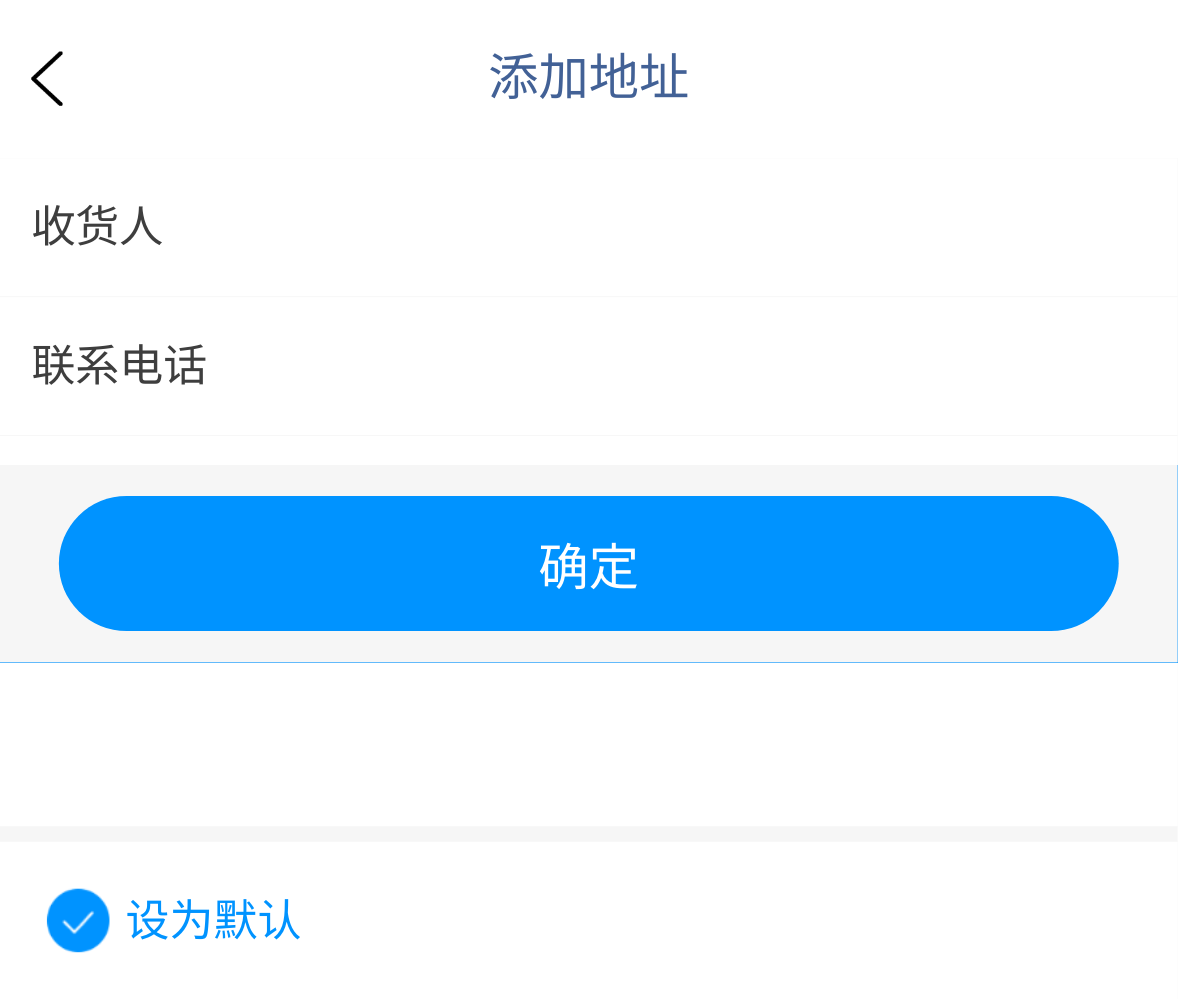
Repository: 421538074/sell
Page: consumer/manage-address.html
These files come from the project's save history. The page is drawn as it stood at one moment and after the next save; the edit follows.
The browser window is 1280 px wide. The pictures show the whole page, at 92% of full size.

Above is the page before, as saved 2019-06-03 17:57:49.

### consumer/manage-address.html
<!DOCTYPE html>
<html lang="en">

<head>
    <meta charset="UTF-8">
    <meta name="viewport" content="width=device-width, initial-scale=1.0">
    <meta http-equiv="X-UA-Compatible" content="ie=edge">
    <title>地址管理</title>
    <link rel="stylesheet" href="../css/jquery.weui.css">
    <link rel="stylesheet" href="../css/base.css">
    <link rel="stylesheet" href="css/common.css">
    <link rel="stylesheet" href="css/manage-address.css">
</head>

<body>
    <div id="app" class="content">
        <nav class="nav-bar-wrapper">
            <img @click="back" src="../img/back.png" class="back-icon">
            <p class="nav-bar-title">{{title}}</p>
        </nav>
        <ul class="address-wrapper">
            <li class="address-item">
                <label class="title">收货人</label>
                <input type="text" class="input-item">
            </li>
            <li class="address-item">
                <label class="title">联系电话</label>
                <input type="text" class="input-item">
            </li>
            <li class="address-item">
                <label class="title">所在地区</label>
                <input id="city-picker" readonly placeholder="请选择你的地区" type="text" class="input-item arrow-right">
            </li>
            <li class="address-item">
                <textarea class="detail-address" placeholder="请填写详细地址"></textarea>
            </li>
        </ul>
        <p @click="triggerDefault" class="set-default-adderss" :class="{active:isSetDefault}">
            <img v-if="!isSetDefault" src="../img/按钮1.png" class="default-icon">
            <img v-else src="../img/checked.png" class="default-icon">
            <span class="set-default-title">设为默认</span>
        </p>
        <div class="confirm-wrapper">
            <button class="confirm-add">
                确定
            </button>
        </div>
    </div>
    <script src="../js/api.js"></script>
    <script src="../js/jquery.min.js"></script>
    <script src="../js/weui.min.js"></script>
    <script src="../js/picker.city.min.js"></script>
    <script src="../js/vue.js"></script>
    <script src="js/vue-mixin.js"></script>
    <script src="js/manage-address.js"></script>
</body>

</html>

### css/base.css
/* http://meyerweb.com/eric/tools/css/reset/
   v2.0 | 20110126
   License: none (public domain)
*/

html,
body,
div,
span,
applet,
object,
iframe,
h1,
h2,
h3,
h4,
h5,
h6,
p,
blockquote,
pre,
a,
abbr,
acronym,
address,
big,
cite,
code,
del,
dfn,
em,
img,
ins,
kbd,
q,
s,
samp,
small,
strike,
strong,
sub,
sup,
tt,
var,
b,
u,
i,
center,
dl,
dt,
dd,
ol,
ul,
li,
fieldset,
form,
label,
legend,
table,
caption,
tbody,
tfoot,
thead,
tr,
th,
td,
article,
aside,
canvas,
details,
embed,
figure,
figcaption,
footer,
header,
hgroup,
menu,
nav,
output,
ruby,
section,
summary,
time,
mark,
audio,
video {
    margin: 0;
    padding: 0;
    border: 0;
    font-size: 100%;
    font: inherit;
    vertical-align: baseline;
}

/* HTML5 display-role reset for older browsers */
article,
aside,
details,
figcaption,
figure,
footer,
header,
hgroup,
menu,
nav,
section {
    display: block;
}

body {
    line-height: 1;
}

ol,
ul {
    list-style: none;
}

blockquote,
q {
    quotes: none;
}

blockquote:before,
blockquote:after,
q:before,
q:after {
    content: '';
    content: none;
}

table {
    border-collapse: collapse;
    border-spacing: 0;
}


body,
html {
    font-size: calc(100vw / 37.5) !important;
    font-family: PingFangSC-Medium;
    background: #F2F2F2;
}


[v-cloak] {
    display: none;
}


hr {
    margin: 0;
    padding: 0;
}

.clearfix {
    zoom: 1;
}

.clearfix:after {
    content: ".";
    display: block;
    visibility: hidden;
    height: 0;
    clear: both;
}

[v-cloak] {
    display: none;
}

### consumer/css/common.css
*{
    box-sizing: border-box;
}
html,body{
    background: #f6f6f6;
}
html,body,div.content{
    height: 100%;
}
/*底部菜单栏*/
nav.tool-bar-wrapper {
    height: 5rem;
    background: #ffffff;
    display: flex;
    align-items: center;
    justify-content: space-around;
}
a.nav-item {
    color: #888888;
    text-decoration: none;
    font-size: 1.5rem;
    display: flex;
    flex-direction: column;
    align-items: center;
    justify-content: space-around;
    height: 90%;
}
a.nav-item.active{
    color: #0093FF;
}
img.nav-item-icon{
    width: 1.5rem;
    height: 1.5rem;
}
.ellipsis{
    overflow: hidden;
    white-space: nowrap;
    text-overflow: ellipsis;
}
/*顶部返回栏 */
nav.nav-bar-wrapper {
    background: #FFFFFF;
    height: 5rem;
    display: flex;
    align-items: center;
    justify-content: space-around;
    position: fixed;
    width: 100%;
    top: 0;
    z-index: 2;
    font-size: 1.6rem;
    color: #426196;
}
img.back-icon {
    position: absolute;
    width: 1rem;
    left: 1rem;
}

### consumer/css/manage-address.css
div.content{
    padding-top: 5rem;
}
ul.address-wrapper {
    background: #FFFFFF;
}
li.address-item {
    border-top: 1px solid #f6f6f6;
    padding: 1.5rem 1rem;
    display: flex;
    align-items: center;
    justify-content: space-between;
}
label.title {
    color: #3E3E3E;
    font-size: 1.4rem;
    width: 20%;
}
input.input-item {
    width: 80%;
    outline: 0;
    border: none;
}
input.arrow-right{
    text-align: right;
    padding-right: 1.5rem;
    background: url(../../img/arrow-right.png) no-repeat;
    background-size: 0.8rem;
    background-position: right center;
}
textarea.detail-address {
    width: 100%;
    height: 5rem;
    border: none;
    resize: none;
    outline: 0;
}
textarea::-webkit-input-placeholder,input::-webkit-input-placeholder {
    color: #A6A6A6;
}
p.set-default-adderss {
    background: #FFFFFF;
    margin-top: 0.5rem;
    display: flex;
    align-items: center;
}
img.default-icon {
    width: 2rem;
    height: auto;
}
.set-default-adderss span.set-default-title {
    color: #A6A6A6;
    font-size: 1.4rem;
    margin-left: 0.5rem;
}
.set-default-adderss.active span.set-default-title {
    color: #0093FF;
    font-size: 1.4rem;
    margin-left: 0.5rem;
}
p.set-default-adderss {
    background: #FFFFFF;
    margin-top: 0.5rem;
    display: flex;
    align-items: center;
    padding: 1.5rem;
}
.confirm-wrapper {
    position: fixed;
    width: 100%;
    bottom: 0;
    background: #f6f6f6;
}
button.confirm-add {
    background: #0093FF;
    border: none;
    outline: 0;
    color: #FFFFFF;
    width: 90%;
    display: block;
    margin: 1rem auto;
    padding: 1rem;
    border-radius: 10rem;
    font-size: 1.6rem;
}
.toolbar .toolbar-inner{
    height: 4rem;
    display: flex;
    align-items: center;
}
.toolbar, .toolbar .title{
    font-size: 1.6rem;
}
.weui-picker-modal{
    height: 23rem;
}
.weui-picker-modal .picker-modal-inner {
    height: 20.8rem;
}
.weui-picker-modal .picker-item{
    font-size: 1.5rem
}

### js/api.js
function getUrlKey(name) {
    return decodeURIComponent((new RegExp('[?|&]' + name + '=' + '([^&;]+?)(&|#|;|$)').exec(location.href) || [, ""])[1].replace(/\+/g, '%20')) || null;
}


// window.warn = {
//     alert: function alert(msg) {
//         var template = `
// `
//         $('body').append(template);
//         $('.alert-body').animate({
//             top: "40px"
//         }, 200);
//         // setTimeout(function () {
//         //     warn.close();
//         // }, 1500);
//     },
//     close: function close() {
//         $('.alert-body').animate({
//             top: "-280px"
//         }, 200);
//         setTimeout(function () {
//             $('#alert-msg').remove();
//         }, 200);
//     }
// };

### consumer/js/vue-mixin.js
Vue.mixin({
    methods: {
        /**
         * 返回
         */
        back() {
            history.go(-1);
        },
        /**
         * 限制长度
         * @param {String} 要限制长度的字段
         * @param {Number} 长度
         */
        limitLength(key, length) {
            this[key] = this[key].substring(0, length);
        },
        /**
         * 验证11位手机号
         * @param {Number} phone
         */
        validatePhone(phone) {
            const phoneReg = /^[1-9][0-9]{9}[0-9]$/;
            return phoneReg.test(phone);
        },
        /**
         * 发送手机验证码
         * @param {Number} waitTimeKey 等待时间键名
         * @param {String} tipsKey 发送验证码显示的信息的键名
         * @param {String} phoneKey 手机号键名
         * @param {String} reSendMsg  按钮默认显示的文字
         */
        sendCode(waitTimeKey, tipsKey, phoneKey, defaultMsg) {
            if (!this.validatePhone(this[phoneKey])) {
                alert('无效手机号!');
                return;
            }
            if (this[waitTimeKey] == 60) {
                $.post('', {
                        phone: this[phoneKey]
                    }, (res) => {
                        if (res.status == 1) {
                            const interval = setInterval(() => {
                                if (this[waitTimeKey] == 1) {
                                    this[waitTimeKey] = 60;
                                    this[tipsKey] = defaultMsg;
                                    clearInterval(interval);
                                    return;
                                }
                                this[waitTimeKey] -= 1;
                                this[tipsKey] = `${this[waitTimeKey]}s`;
                            }, 1000);
                        } else {
                            alert('发送失败!');
                        }
                    }, 'json')
                    .fail(err => {
                        alert('服务器异常!');
                    });
            }
        },
        /**
         * 链接跳转
         * @param {String} url
         */
        linkTo(url) {
            window.location.href = url;
        },
        /**
         * 获得URL参数
         */
        getParams() {
            var list = location.search.substring(1).split('&');
            var param = {};
            list.forEach(function (value) {
                var temp = value.split('=');
                param[temp[0]] = temp[1];
            });
            return param;
        }
    },
    filters: {

    }
})

### consumer/js/manage-address.js
new Vue({
    el: '#app',
    data() {
        return {
            title: '',
            isSetDefault: true
        }
    },
    methods: {
        triggerDefault() {
            this.isSetDefault = !this.isSetDefault;
        },
        // 初始化城市选择器
        initCityPicker() {
            $("#city-picker").cityPicker({
                title: "请选择"
            });
        }
    },
    created() {
        if (this.getParams().type == 'edit') {
            this.title = '编辑地址';
        } else {
            this.title = '添加地址';
        }
        this.$nextTick(() => {
            this.initCityPicker();
        });
    },
})

Loaded but not shown: css/jquery.weui.css (library); js/jquery.min.js (library); js/weui.min.js (library); js/picker.city.min.js (library); js/vue.js (library)

After the next save:
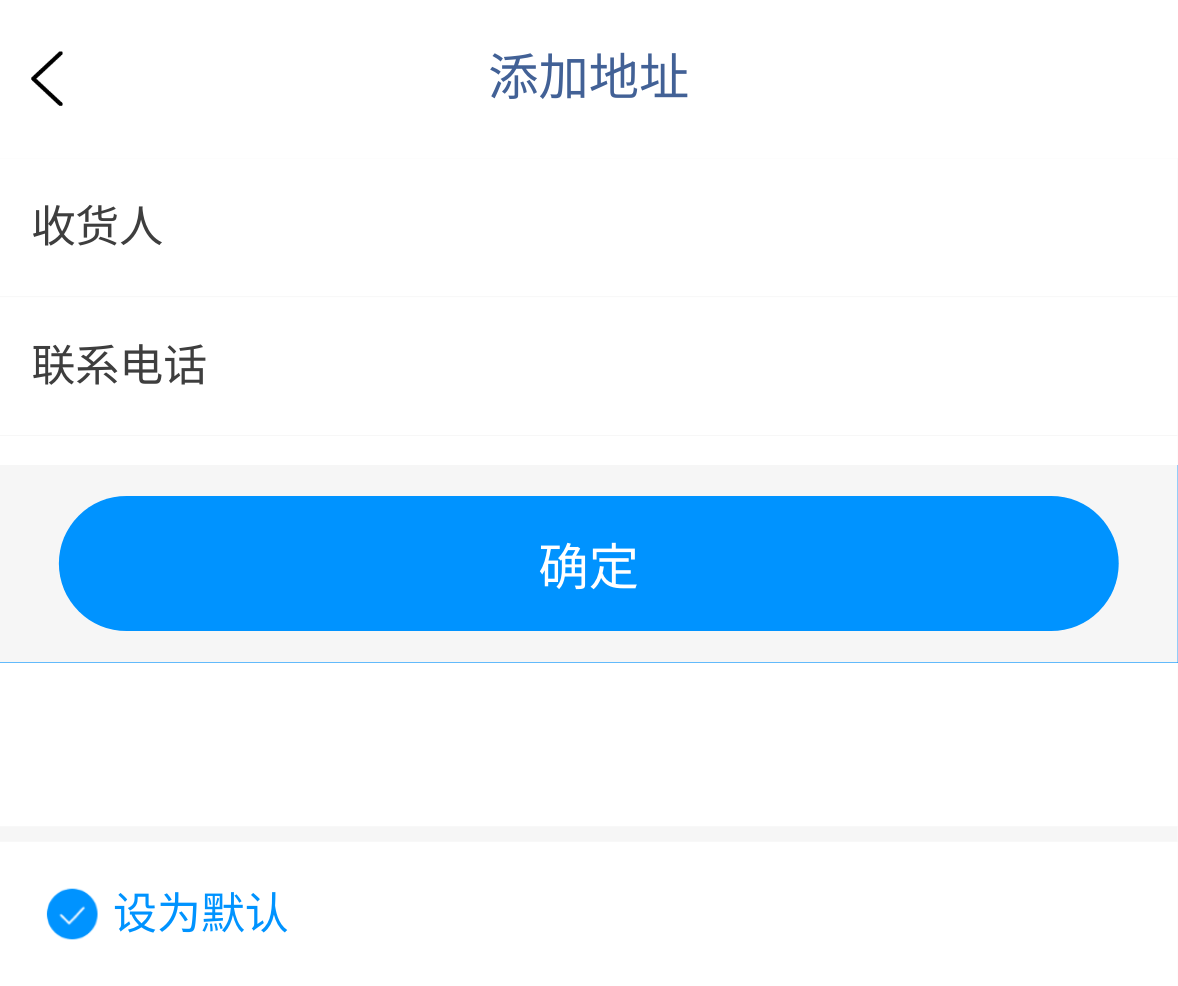
Saved 14 s later.
--- a/consumer/css/manage-address.css
+++ b/consumer/css/manage-address.css
@@ -45,7 +45,7 @@ p.set-default-adderss {
     align-items: center;
 }
 img.default-icon {
-    width: 2rem;
+    width: 1.6rem;
     height: auto;
 }
 .set-default-adderss span.set-default-title {
